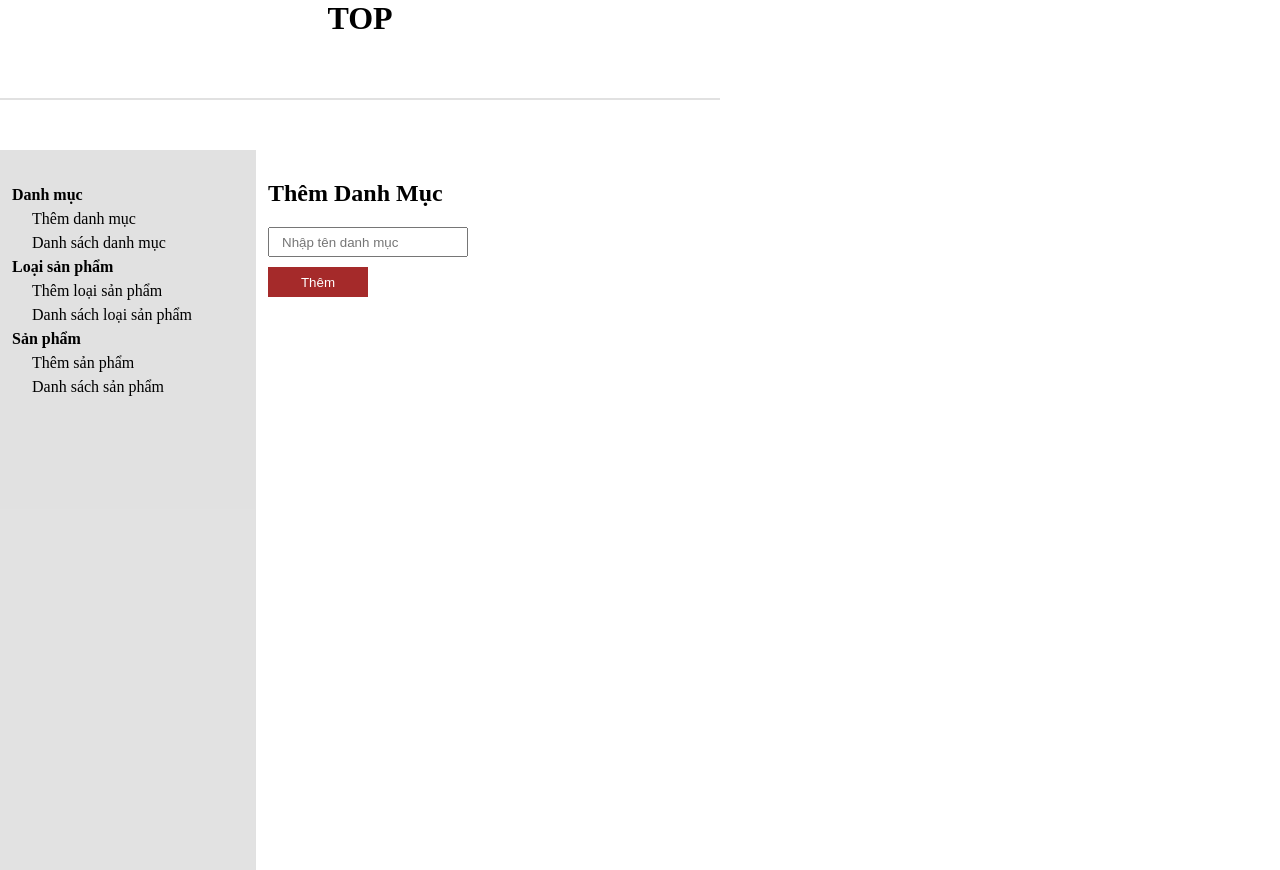
Repository: dinhvanbinh2310/ivy-moda
Page: Admin/productadd.html
The author's editor kept a copy of each file at every save. The page is drawn from the files as they stood at one save, then again after the next save.
The browser window is 1280 px wide. The pictures show the whole page.

Above is the page before, as saved 2022-07-06 15:22:36.

### Admin/productadd.html
<!DOCTYPE html>
<html lang="en">
<head>
  <meta charset="UTF-8">
  <meta http-equiv="X-UA-Compatible" content="IE=edge">
  <meta name="viewport" content="width=device-width, initial-scale=1.0">
  <link rel="stylesheet" href="style.css">
  <title>Danh mục sản phẩm</title>
</head>
<body>
  <header>
    <h1>TOP</h1>
  </header>
  <section class="admin-content">
    <div class="admin-content-left">
      <ul>
        <li> <a href="#">Danh mục</a>
          <ul>
            <li><a href="">Thêm danh mục</a></li>
            <li><a href="">Danh sách danh mục</a></li>
          </ul>
        </li>
        <li> <a href="#">Loại sản phẩm</a>
          <ul>
            <li><a href="">Thêm loại sản phẩm</a></li>
            <li><a href="">Danh sách loại sản phẩm</a></li>
          </ul>
        </li>
        <li> <a href="#">Sản phẩm</a>
          <ul>
            <li><a href="">Thêm sản phẩm</a></li>
            <li><a href="">Danh sách sản phẩm</a></li></li>
        </ul>
      </ul>
    </div>
    <div class="admin-content-right">
      <div class="admin-content-right-cartegory-add">
          <h1>Thêm Danh Mục</h1>
          <form action="" method="POST">
            <input type="text" placeholder="Nhập tên danh mục">
            <button type="submit">Thêm</button>
          </form>
        </div>
      </div>
  </section>
</body>
</html>

### Admin/style.css
*{
  margin: 0;
  padding: 0;
  box-sizing: border-box;
  color: black;
  outline: none;
}
a{
  text-decoration: none;
}
ul{
  list-style: none;
}
header{
  height: 100px;
  width: 100vh;
  border-bottom: 2px solid #dddd;
  text-align: center;
  align-items: center;
}
.admin-content{
  padding-top: 50px;
  display: flex;
}
.admin-content-left{
  background-color: #dddd;
  width: 20%;
  height: 100vh;
  padding: 30px 0 0 12px;
}
.admin-content-left > ul >li >a{
  font-weight: bold;
}
.admin-content-left ul li{
  margin: 6px 0;
}
.admin-content-left ul ul{
  margin-left: 20px;
}
.admin-content-right{
  width: 80%;
  padding: 30px 0 0 12px;
}
.admin-content-right-cartegory-add input{
  height: 30px;
  width: 200px;
  padding-left: 12px;
  margin-top: 20px;
}
.admin-content-right-cartegory-add button{
  display: block;
  margin-top: 10px;
  height: 30px;
  width: 100px;
  cursor: pointer;
  background-color: brown;
  border: none;
  color: white;
  transition: all 0.3s ease;
}
.admin-content-right-cartegory-add button:hover{
  background-color: transparent;
  border: 1px solid brown;
  color: brown;
}
/* ------------------------Cartegorylist----------------------- */
.admin-content-right-cartegory_list table{
  width: 100%;
  text-align: center;
  margin-top: 20px;
}
.admin-content-right-cartegory_list table tr th,td{
  border: 1px solid #dddd;
}
table{
  border-collapse: collapse;
}

After the next save:
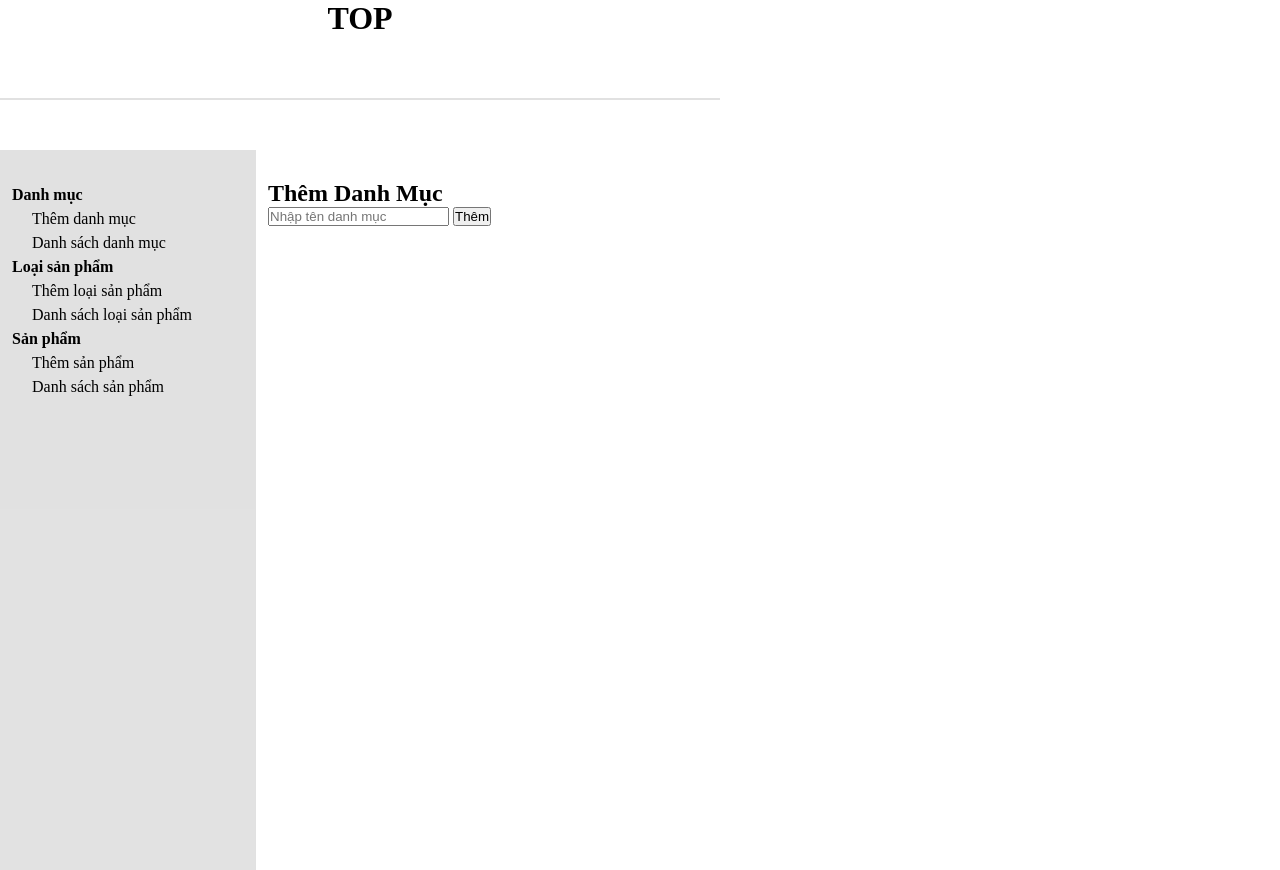
Saved 18 s later.
--- a/Admin/productadd.html
+++ b/Admin/productadd.html
@@ -34,7 +34,7 @@
       </ul>
     </div>
     <div class="admin-content-right">
-      <div class="admin-content-right-cartegory-add">
+      <div class="admin-content-right-product-add">
           <h1>Thêm Danh Mục</h1>
           <form action="" method="POST">
             <input type="text" placeholder="Nhập tên danh mục">
